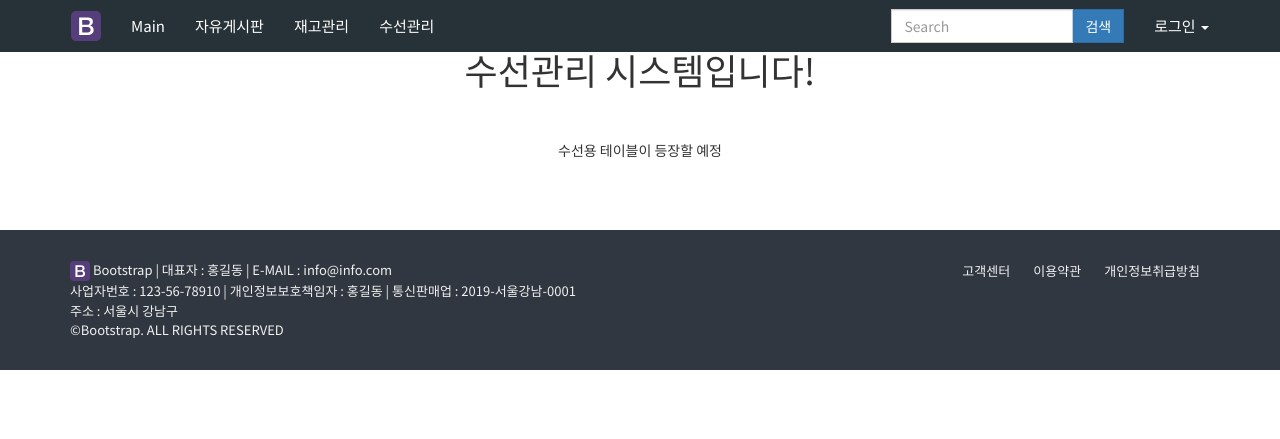
Repository: RattenLegs/Project_Inventory
Page: http://localhost/Project_Inventory/WEB-INF/views/repairboard/repairList.jsp
An editor plug-in stored every save of this project. The page is shown before and after the next save, followed by the edit.
The browser window is 1280 px wide. The pictures show the whole page.
Some web libraries are served in a nearby version. The page is served by Tomcat 9. Nobody is signed in. The template is opened directly, without the code that normally fills it, so the values that code supplies are empty.

Above is the page before, as saved 2022-12-03 02:27:22.

After the next save:
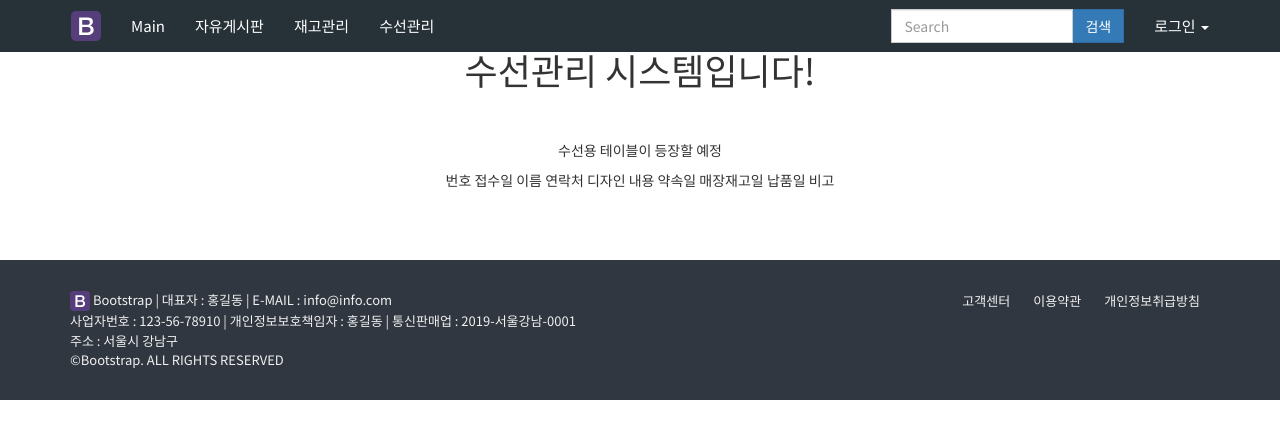
Saved 50 min 41 s later.
--- a/Project_Inventory/src/main/webapp/WEB-INF/views/repairboard/repairList.jsp
+++ b/Project_Inventory/src/main/webapp/WEB-INF/views/repairboard/repairList.jsp
@@ -20,6 +20,7 @@
 	<section>
 		<div style="text-align: center">
 			<p>수선용 테이블이 등장할 예정</p>
+			<p>번호 접수일 이름 연락처 디자인 내용 약속일 매장재고일 납품일 비고</p>
 		</div>
 	</section>
 	<%@ include file="../../views/include/footer.jsp"%>
